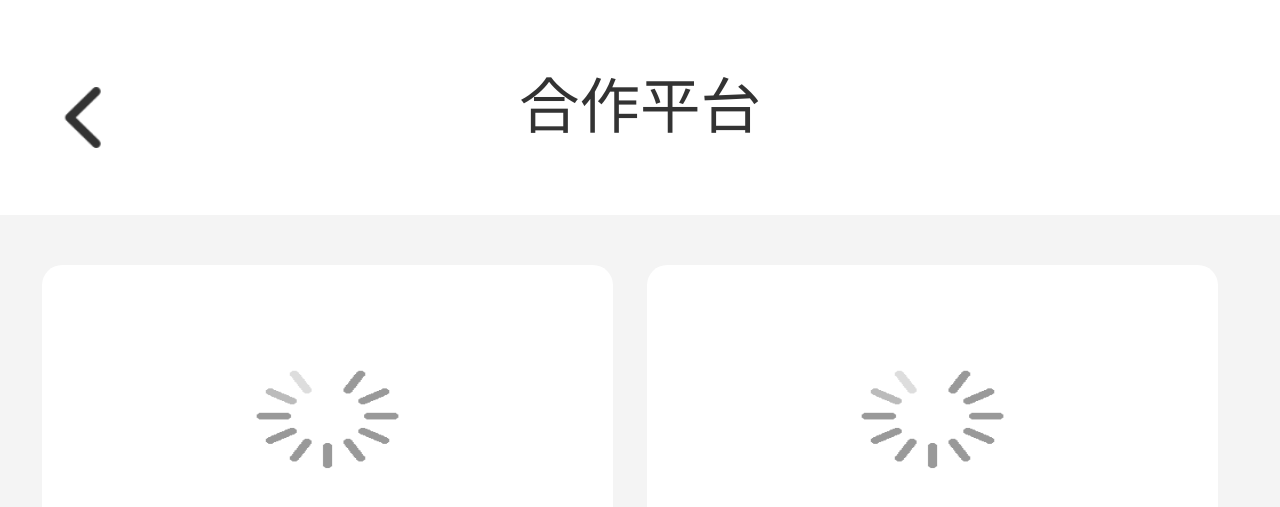
Repository: GgoodBoy/js-object
Page: jquery懒加载/platObj/platForm.html
An editor plug-in stored every save of this project. The page is shown before and after the next save, followed by the edit.
The browser window is 1280 px wide. The pictures show the whole page.
An inner scrolling area shows only its first screen. Some web libraries are served in a nearby version.

Above is the page before, as saved 2019-10-15 16:40:07.

After the next save:
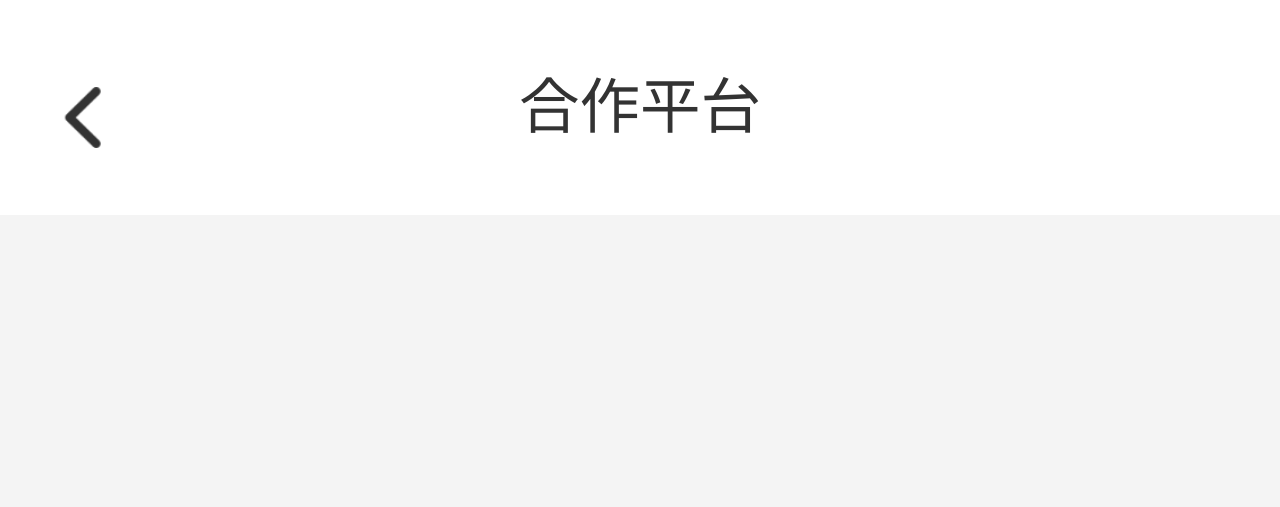
Console error: ReferenceError: data is not defined
Saved 60 s later.
--- a/jquery懒加载/platObj/platForm.html
+++ b/jquery懒加载/platObj/platForm.html
@@ -85,7 +85,7 @@
         ];
         var parentsDom = $(".platList ul");
         var imgListAjax = ()=>{
-                $.each(JSON,function(index,data){
+                JSON.forEach((element,index) => {
                     parentsDom.append(`
                     <li>
                         <img data-original="${data.url}" src="./img/longs.gif" />
@@ -95,7 +95,6 @@
         };
         $(".platList").scroll();
         imgListAjax();
-
         var platScrollBox= $(".platList").height();
         alert(platScrollBox);
     });

After the 2 saves that followed:
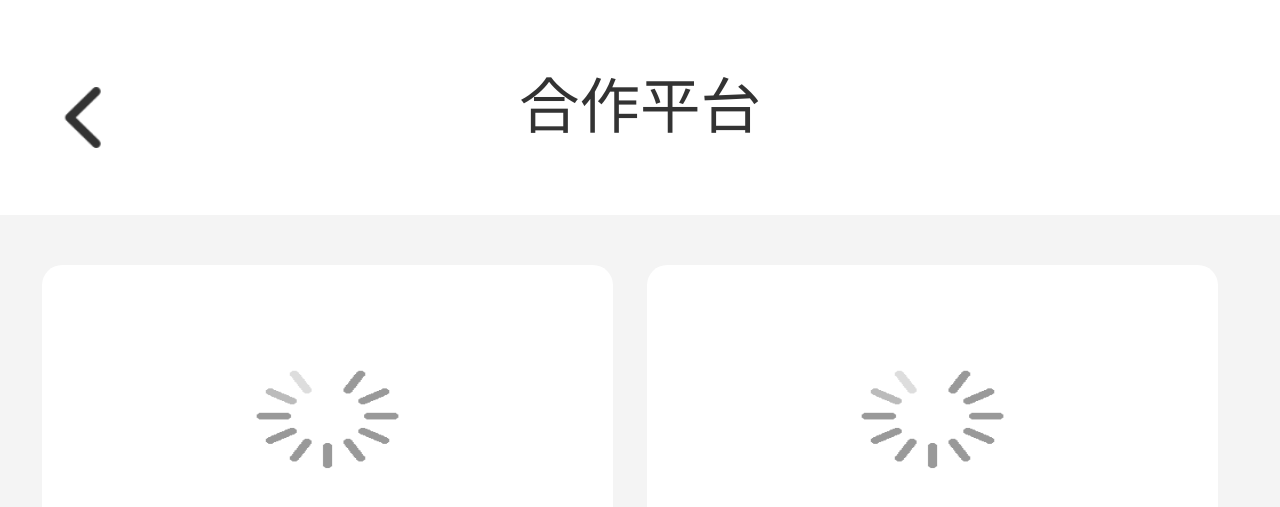
The error is gone.
The 2 saves are shown as one change because 1 left the picture as it was.
The last was saved 16 s later.
--- a/jquery懒加载/platObj/platForm.html
+++ b/jquery懒加载/platObj/platForm.html
@@ -88,13 +88,14 @@
                 JSON.forEach((element,index) => {
                     parentsDom.append(`
                     <li>
-                        <img data-original="${data.url}" src="./img/longs.gif" />
+                        <img data-original="${element.url}" src="./img/longs.gif" />
                     </li>
                     `)
                 });
         };
-        $(".platList").scroll();
+
         imgListAjax();
+        // $(".platList").scroll();
         var platScrollBox= $(".platList").height();
         alert(platScrollBox);
     });
